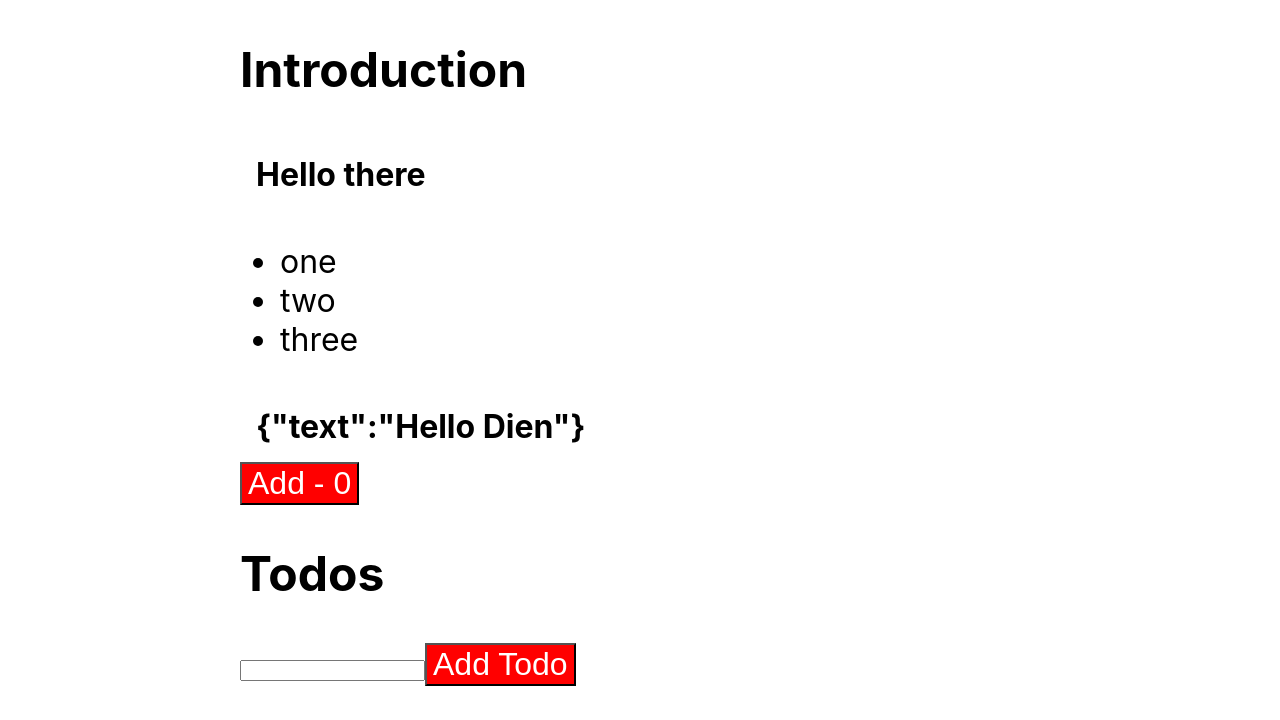
Repository: baodien1405/react-with-typescript
Page: /
An editor plug-in stored every save of this project. The page is shown before and after the next save, followed by the edit.
The browser window is 1280 px wide. The pictures show the whole page.
The project was rebuilt for these pictures with package versions that can differ from the ones it lists, and the page was loaded fresh each time.

Above is the page before, as saved 2021-06-08 17:41:22.

After the next save:
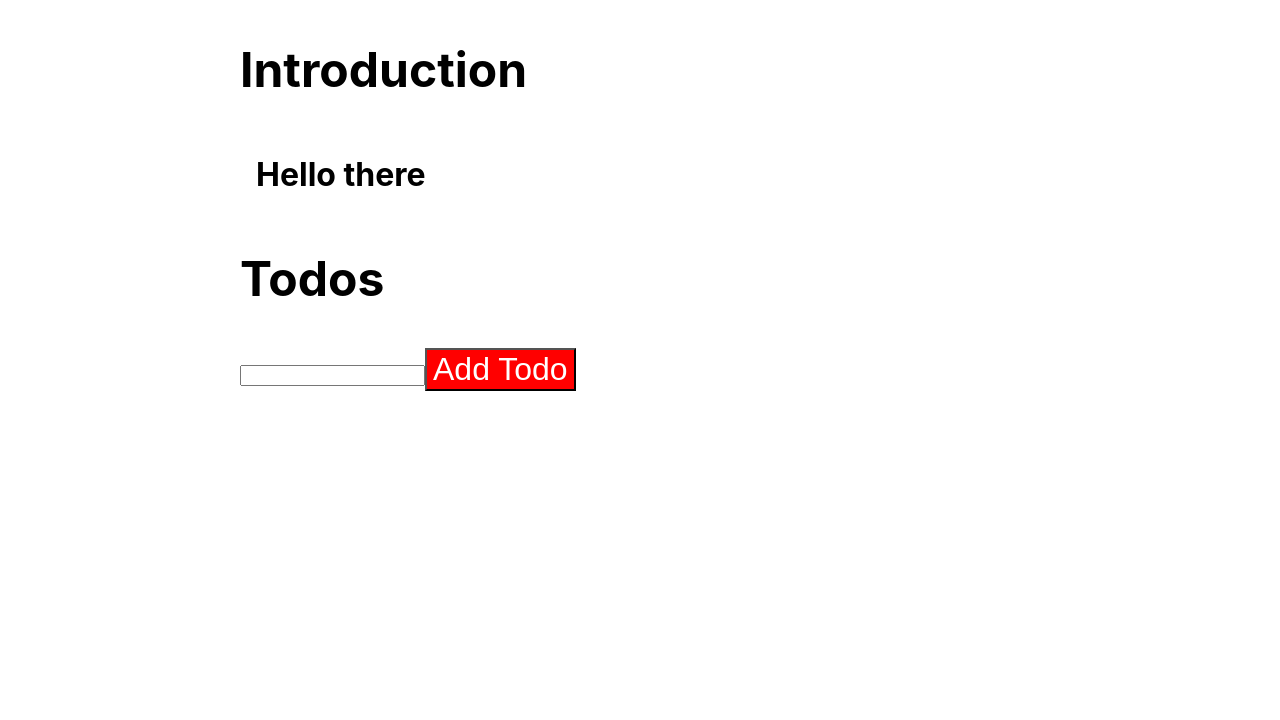
Saved 12 min 51 s later.
--- a/src/App.tsx
+++ b/src/App.tsx
@@ -9,24 +9,6 @@ const Box: React.FunctionComponent = ({children}) => (
     {children}
   </div>
 )
-
-const List: React.FunctionComponent<{
-  items: string[];
-  onClick?: (item: string) => void
-}> = ({items, onClick}) => (
-  <ul>
-    {
-      items.map((item, index) => {
-        return <li key={index} onClick={() => onClick?.(item)}>{item}</li>
-      })
-    }
-  </ul>
-)
-
-interface Payload {
-  text: string
-}
-
 interface Todo {
   id: number;
   done: boolean;
@@ -44,26 +26,7 @@ const Button: React.FunctionComponent<
     }
 > = ({title, children, style, ...rest}) => (<button {...rest} style={{...style, backgroundColor: "red", color: "white", fontSize: "xx-large"}} >{title ?? children}</button>)
 
-const useNumber = (inititalValue: number) => useState<number>(inititalValue);
-
-type UseNumberValue = ReturnType<typeof useNumber>[0];
-type UseNumberSetValue = ReturnType<typeof useNumber>[1];
-
-const Incrementer: React.FunctionComponent<{value: UseNumberValue; setValue: UseNumberSetValue}> = ({ value, setValue }) => (
-  <Button onClick={() => setValue(value + 1)} title={`Add - ${value}`} />
-)
-
 function App() {
-  const [payload, setPayload] = useState<Payload | null>(null);
-
-  useEffect(() => {
-    fetch("/data.json")
-      .then(res => res.json())
-      .then(data => {
-        setPayload(data)
-      })
-  }, [])
-
   const newTodoRef = useRef<HTMLInputElement>(null);
 
   const onAddTodo = useCallback(() => {
@@ -97,19 +60,10 @@ function App() {
     }
   }, []);
 
-  const onListClick = useCallback((item: string) => {
-    alert(item);
-  }, [])
-
-  const [value, setValue] = useNumber(0);
-
   return (
     <div className="App">
      <Heading title="Introduction" />
      <Box>Hello there</Box>
-     <List items={["one", "two", "three"]} onClick={onListClick} />
-     <Box>{JSON.stringify(payload)}</Box>
-     <Incrementer value={value} setValue={setValue}/>
 
      <Heading title="Todos" />
      {
